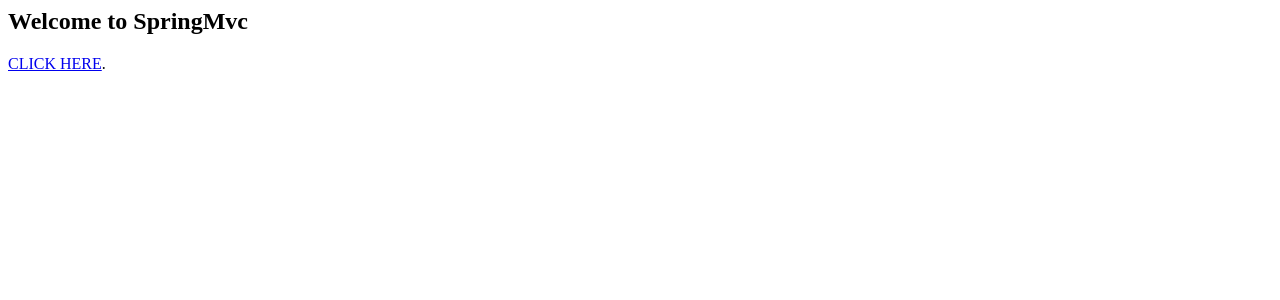
Repository: OrusuRatnamala/JAVA
Page: http://localhost/TrainWeb/
An editor plug-in stored every save of this project. The page is shown before and after the next save, followed by the edit.
The browser window is 1280 px wide. The pictures show the whole page.
The page is served by Tomcat 9.

Above is the page before, as saved 2023-10-11 18:00:10.

After the next save:
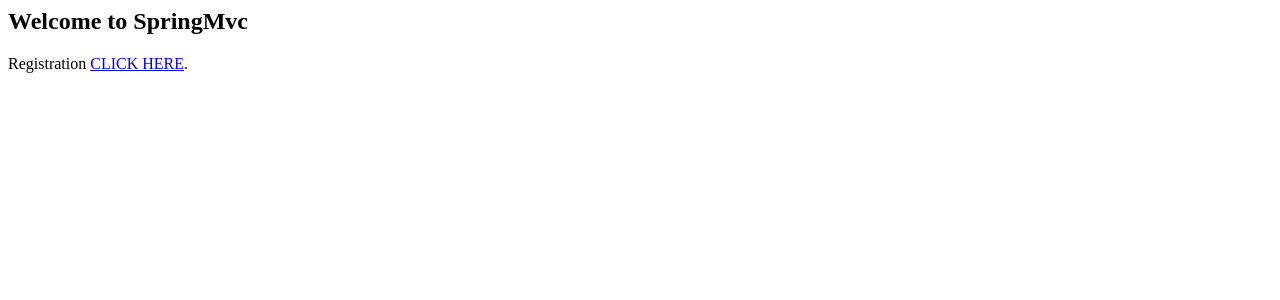
Saved 25 s later.
--- a/springdao/TrainWeb/src/main/webapp/index.jsp
+++ b/springdao/TrainWeb/src/main/webapp/index.jsp
@@ -1,6 +1,7 @@
 <html>
 <body>
 	<h2>Welcome to SpringMvc</h2>
+	Registration
 	<a href="registration.jsp">CLICK HERE</a>.
 </body>
 </html>
